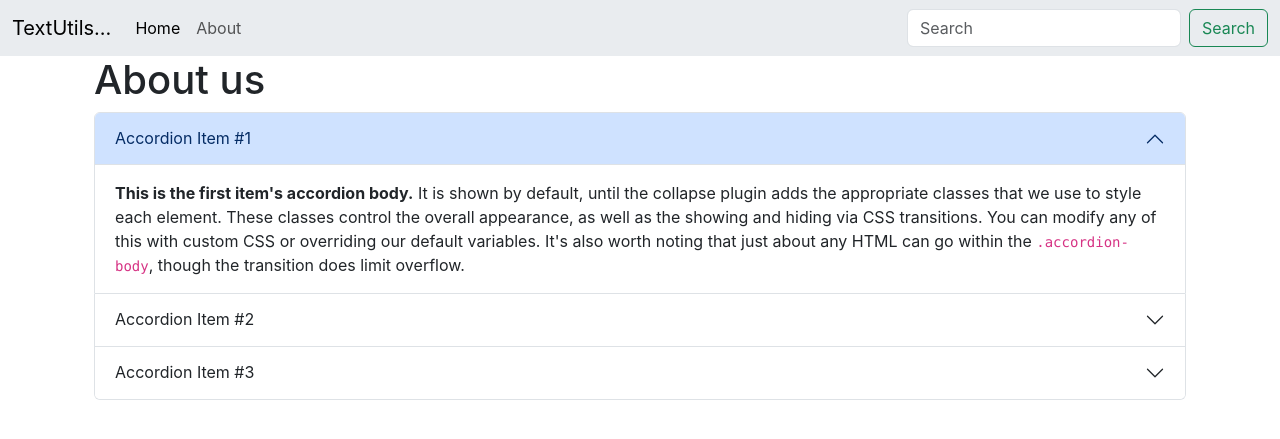
Repository: SujanNagaju/react-demo
Page: /
An editor plug-in stored every save of this project. The page is shown before and after a run of saves, followed by the edit.
The browser window is 1280 px wide. The pictures show the whole page.
The project was rebuilt for these pictures with package versions that can differ from the ones it lists, and the page was loaded fresh each time. Also part of the build but not shown: src/App.css, src/components/TextForm.js.

Above is the page before, as saved 2024-12-29 15:05:27.

After the next 3 saves:
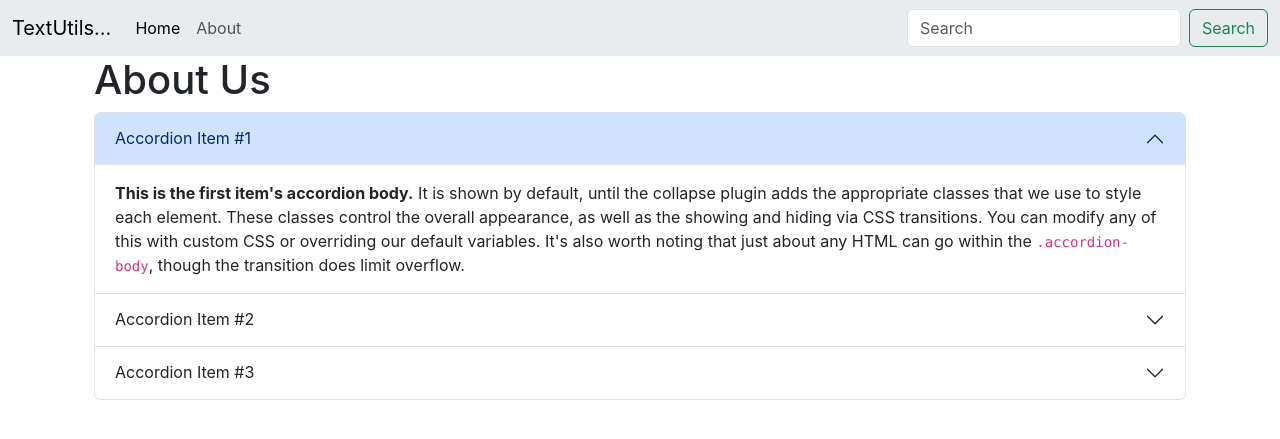
The 3 saves are shown as one change because 2 did not build or start.
The last was saved 46 s later.
--- a/src/App.js
+++ b/src/App.js
@@ -11,7 +11,7 @@
       <Navbar title="TextUtils..."/>
       <div className="container">
         {/* <TextForm heading="Enter your text to analyze"/> */}
-        <About/>
+        <About title="About Us"/>
       </div>
     </>
   );
--- a/src/components/About.js
+++ b/src/components/About.js
@@ -1,9 +1,9 @@
 import React from 'react'
 
-export default function About(porps) {
+export default function About(props) {
   return (
     <div className="container">
-        <h1>About us</h1>
+        <h1>{props.title}</h1>
         <div className="accordion" id="accordionExample">
             <div className="accordion-item">
                 <h2 className="accordion-header">

After the save that followed:
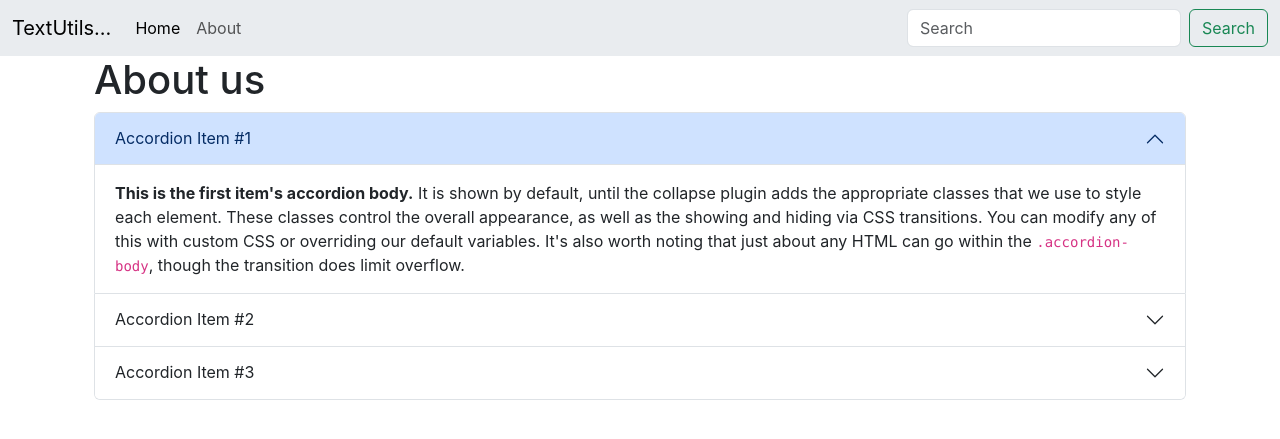
Saved 18 s later.
--- a/src/App.js
+++ b/src/App.js
@@ -11,7 +11,7 @@
       <Navbar title="TextUtils..."/>
       <div className="container">
         {/* <TextForm heading="Enter your text to analyze"/> */}
-        <About title="About Us"/>
+        <About title="About us"/>
       </div>
     </>
   );
